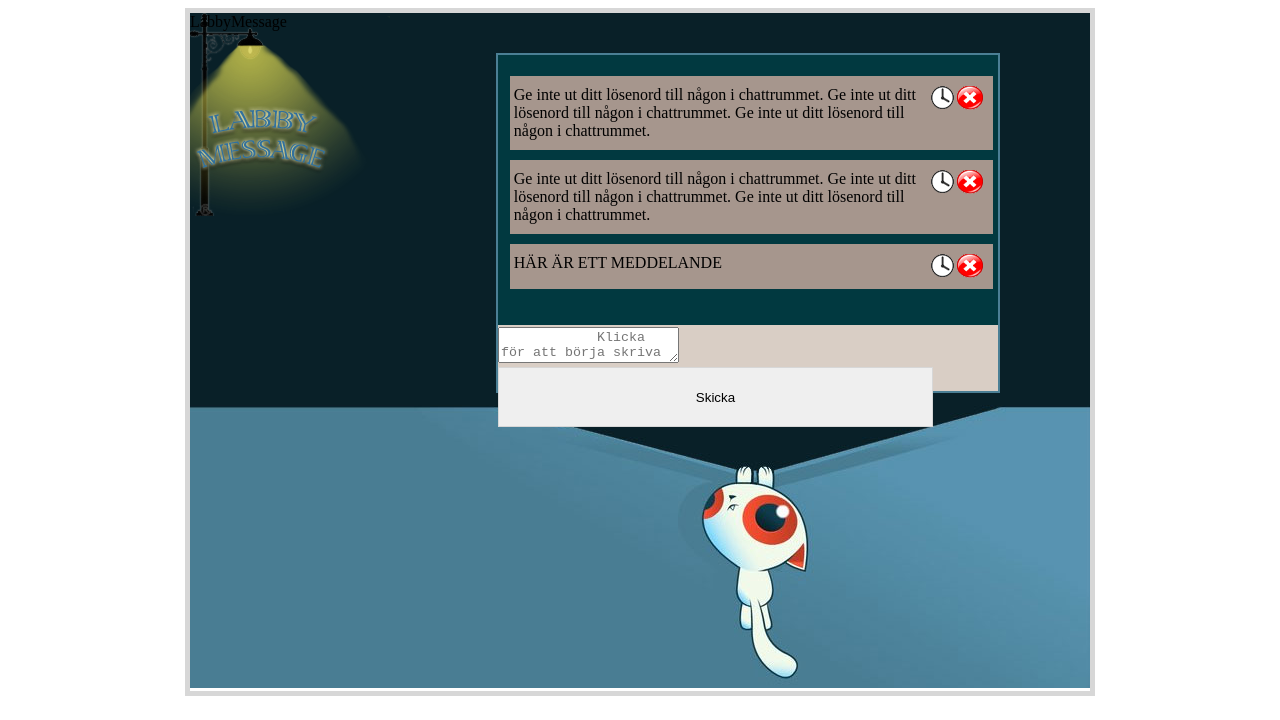
Repository: RebeccaFransson/1dv403-laborationer
Page: 2-labbymezzage/index.html
The author's editor kept a record of every edit. The page is drawn from the files as they stood at one moment, then again after the next edit.
The browser window is 1280 px wide. The pictures show the whole page.

Above is the page before.

### 2-labbymezzage/index.html
<!DOCTYPE html>
<html lang="sv">
<head>
	<meta charset="UTF-8" />
	<link rel="stylesheet" href="css/style.css" />
 	<title>JavaScript - Labby Mezzage</title>
</head>
    <body>
        <content>
            <header>LabbyMessage</header>
            <main>
                <div id="message">
                    <ul>
                        <li> <div class="delete icons"></div><div class="time icons"></div> Ge inte ut ditt lösenord till någon i chattrummet. Ge inte ut ditt lösenord till någon i chattrummet. Ge inte ut ditt lösenord till någon i chattrummet. </li>
                        <li> <div class="delete icons"></div><div class="time icons"></div> Ge inte ut ditt lösenord till någon i chattrummet. Ge inte ut ditt lösenord till någon i chattrummet. Ge inte ut ditt lösenord till någon i chattrummet. </li>
                        <li> <div class="delete icons"></div><div class="time icons"></div> HÄR ÄR ETT MEDDELANDE</li>

                    </ul>
                </div>

                <form>

     			    <textarea placeholder="            Klicka för att börja skriva ditt meddelande" type="text" id="string" ></textarea><input type="submit" name="" value="Skicka" id="send"/>
     			    <p id="value"></p>
    		    </form>

            </main>

 		</content>
    	  <script src="script.js"></script>
    </body>
</html>

### 2-labbymezzage/css/style.css
content{
    width: 900px;
    height: 678px;
    margin:auto;
    border: 5px solid #d7d7d7;
    background-image: url('lappymezzage.jpg');
    display:block;
    background-repeat:no-repeat;
}
header{
    width: 200px;
    height: 300px;
    position: absolute;
    background-image: url('LOGO.png');
    display:block;
    background-repeat:no-repeat;
}
main{
    width: 500px;
    height: 336px;
    float: right;
    margin-right:90px;
    margin-top:40px;
    background-color:#D9CEC5;
    border: 2px solid rgb(75, 127, 149);
}
#message li{
    width: 102%;
    height: 100%;
    list-style: none;
    float:right;
    padding:10px;
    margin:5px;
    background-color:#A6968D;
    padding-left:4px;
}

#message{
    width: 500px;
    height: 270px;
    overflow:auto;
    background-color:#013940;
}
.icon{
    border: 5px solid #d7d7d7;
    float:right;
    display:block;
    background-repeat:no-repeat;
}
.time{
    float:right;
    width:25px;
    height:25px;
    background-image:url('clock.png');
     background-repeat:no-repeat;
}
.delete{
    float:right;
    background-image:url('delete.png');
    background-repeat:no-repeat;
    width:27px;
    height:24px;
}




/*********FORM AND BUTTON***********/
.button-secondary {
    background: rgb(66, 184, 221);
    color: white;
    border-radius: 4px;
    text-shadow: 0 1px 1px rgba(0, 0, 0, 0.2);
    height:62px;
    width:62px;
    float: right;
    padding: 2px;
}
content form{
    float: right;
    height: 50px;
    padding-top: 2px;
}
input{
    border: 0.5px solid #d7d7d7;
    width:435px;
    height: 60px;
    overflow:auto;
}

Loaded but not shown: 2-labbymezzage/script.js (no copy from this time; the picture is the same without it)

After the next edit:
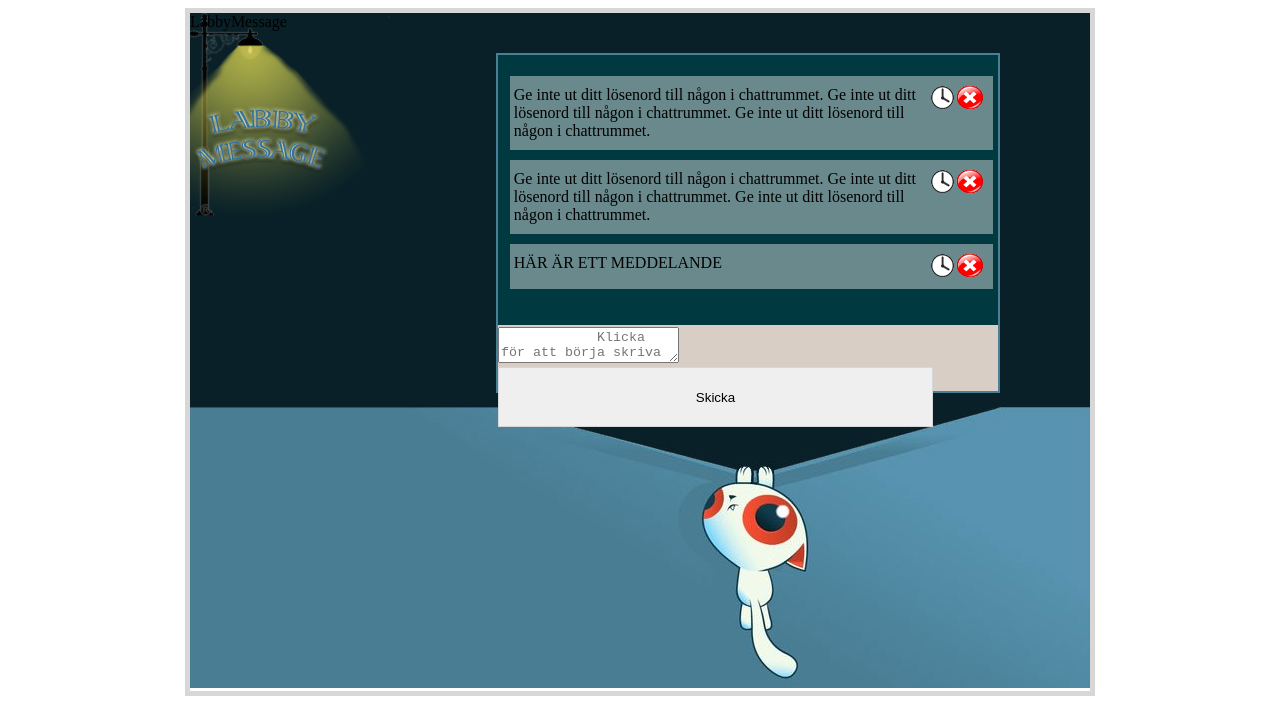
The edit:
--- a/2-labbymezzage/css/style.css
+++ b/2-labbymezzage/css/style.css
@@ -31,7 +31,7 @@
     float:right;
     padding:10px;
     margin:5px;
-    background-color:#A6968D;
+    background-color:#69898C;
     padding-left:4px;
 }
 
